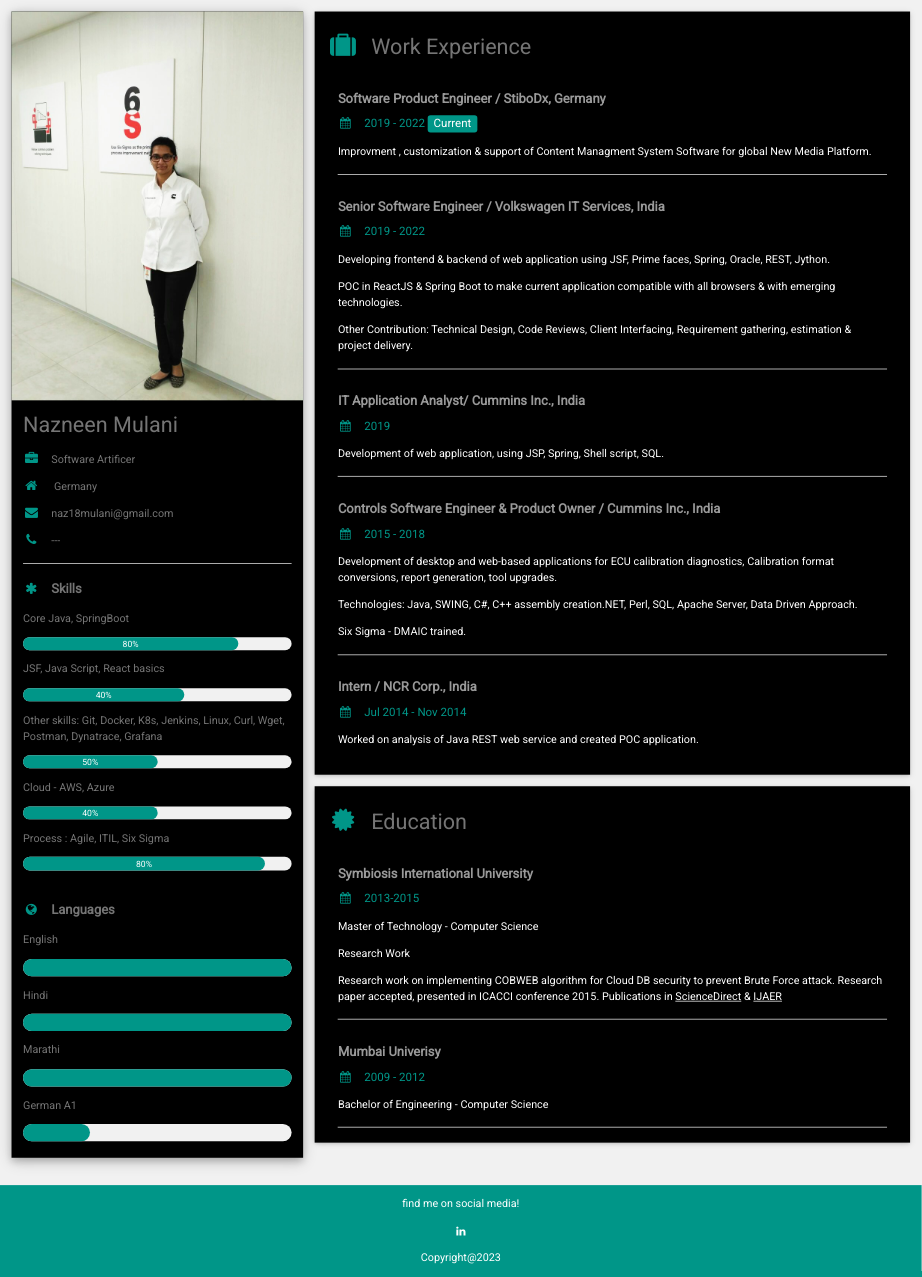
Repository: nazneenprojects/nazneen.github.io
Page: index.html
An editor plug-in stored every save of this project. The page is shown before and after the next save, followed by the edit.
The browser window is 1280 px wide. The pictures show the whole page, at 72% of full size.

Above is the page before, as saved 2023-07-08 23:54:33.

After the next save:
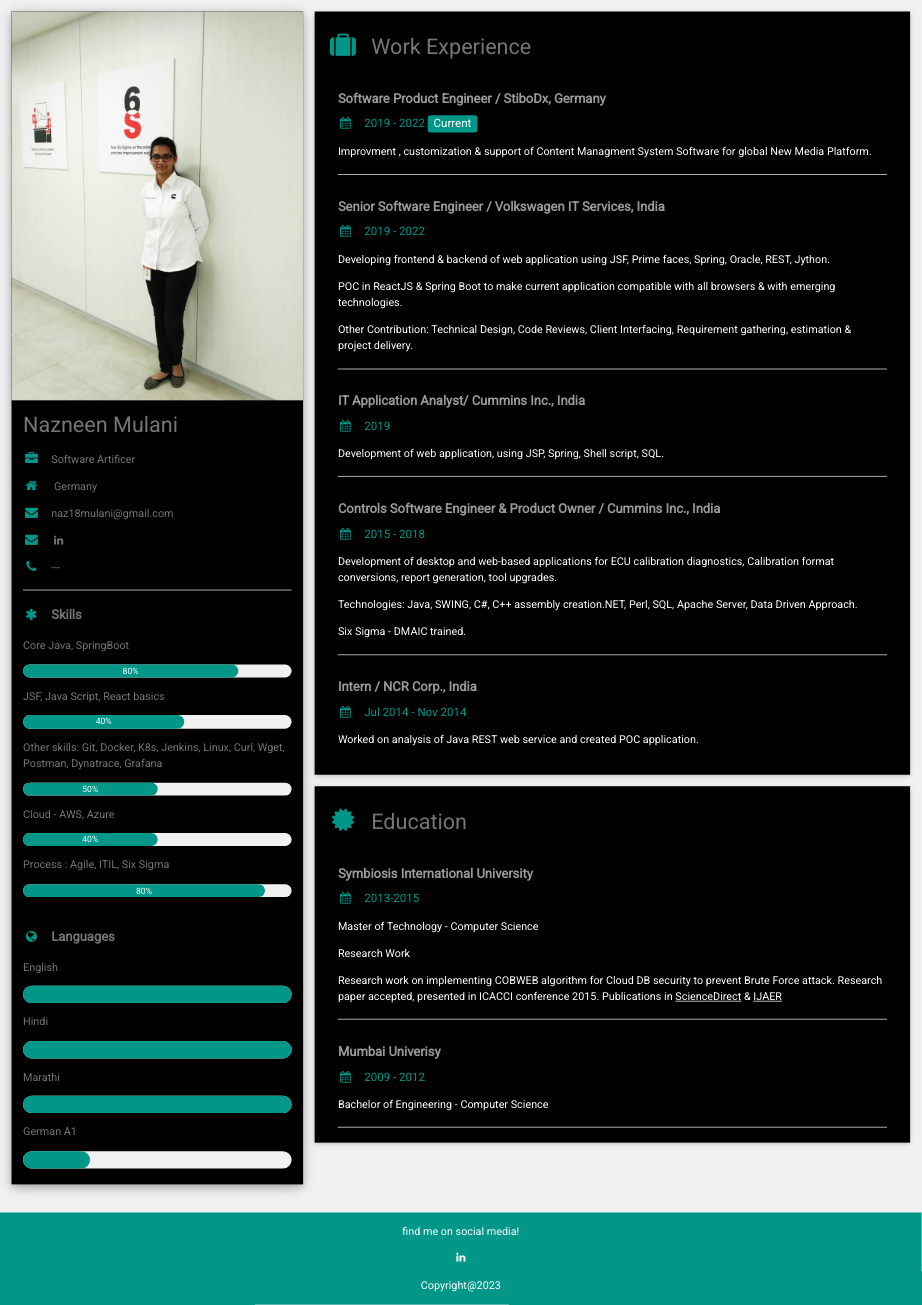
Saved 5 min 28 s later.
--- a/index.html
+++ b/index.html
@@ -31,6 +31,9 @@
           <p><i class="fa fa-briefcase fa-fw w3-margin-right w3-large w3-text-teal"></i>Software Artificer</p>
           <p><i class="fa fa-home fa-fw w3-margin-right w3-large w3-text-teal"></i> Germany </p>
           <p><i class="fa fa-envelope fa-fw w3-margin-right w3-large w3-text-teal"></i>naz18mulani@gmail.com</p>
+          <p><i class="fa fa-envelope fa-fw w3-margin-right w3-large w3-text-teal"></i>
+          <a href="https://www.linkedin.com/in/nazneen-mulani-05004012a/"> <i class="fa fa-linkedin w3-hover-opacity"></i></a>
+          </p>
           <p><i class="fa fa-phone fa-fw w3-margin-right w3-large w3-text-teal"></i>---</p>
           <hr>
 
